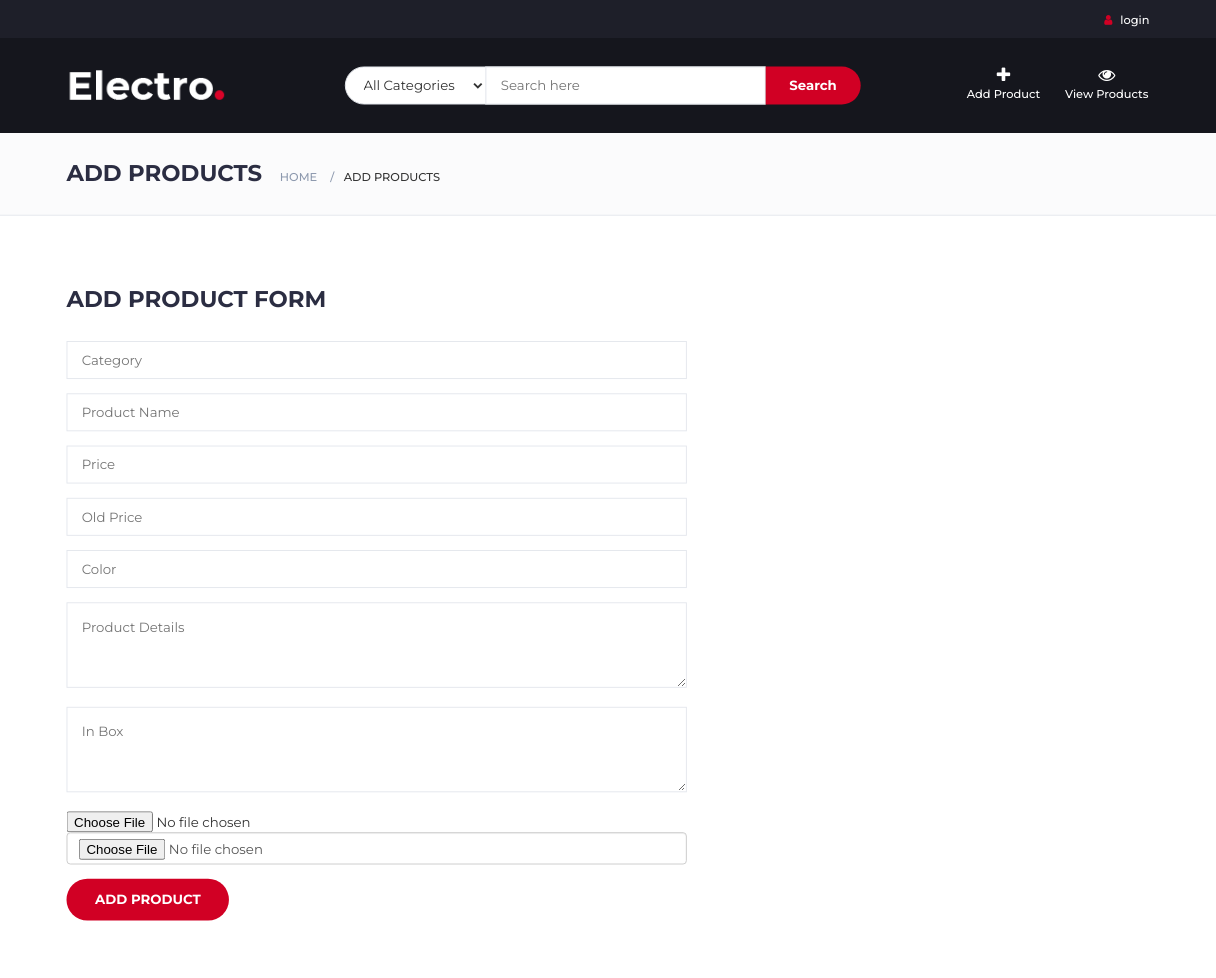
Repository: kinjalsavaliya263/JAVA
Page: http://localhost/electro-master/addproduct.jsp
These files come from the project's save history. The page is drawn as it stood at one moment and after the next save; the edit follows.
The browser window is 1280 px wide. The pictures show the whole page, at 95% of full size.
The page is served by Tomcat 9. The template is opened directly, without the code that normally fills it, so the values that code supplies are empty.

Above is the page before, as saved 2023-04-04 15:56:16.

After the next save:
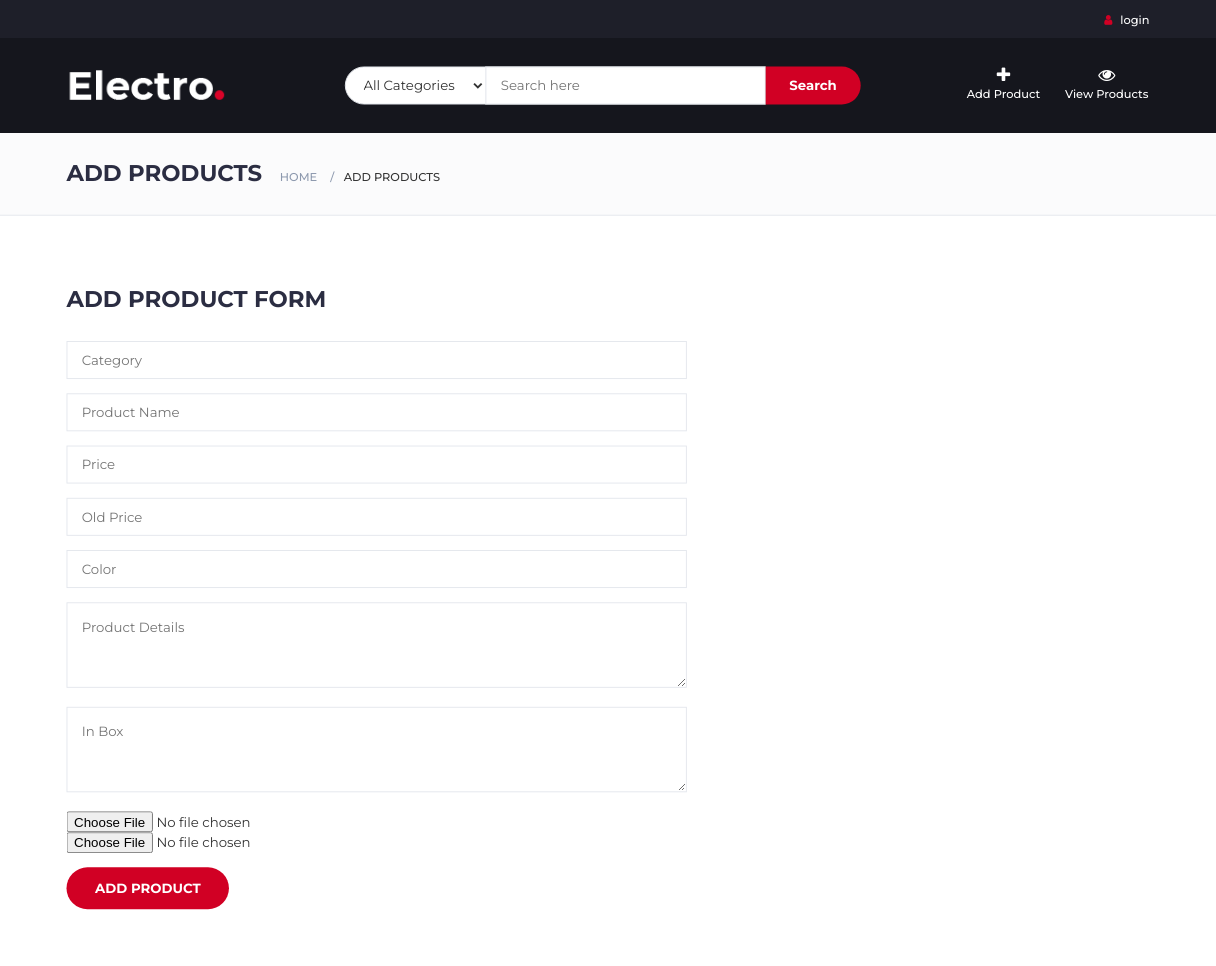
Saved 40 s later.
--- a/electro-master/src/main/webapp/addproduct.jsp
+++ b/electro-master/src/main/webapp/addproduct.jsp
@@ -81,7 +81,7 @@
 							</div>
 							<div class="form-group">
 								<input type="file" name="image" placeholder="images">
-								 <input class="form-control" type="file" id="formFile">
+								 <input class="form-group" type="file" id="formFile">
 							</div>
 
 							<div class="form-group">

After the save that followed:
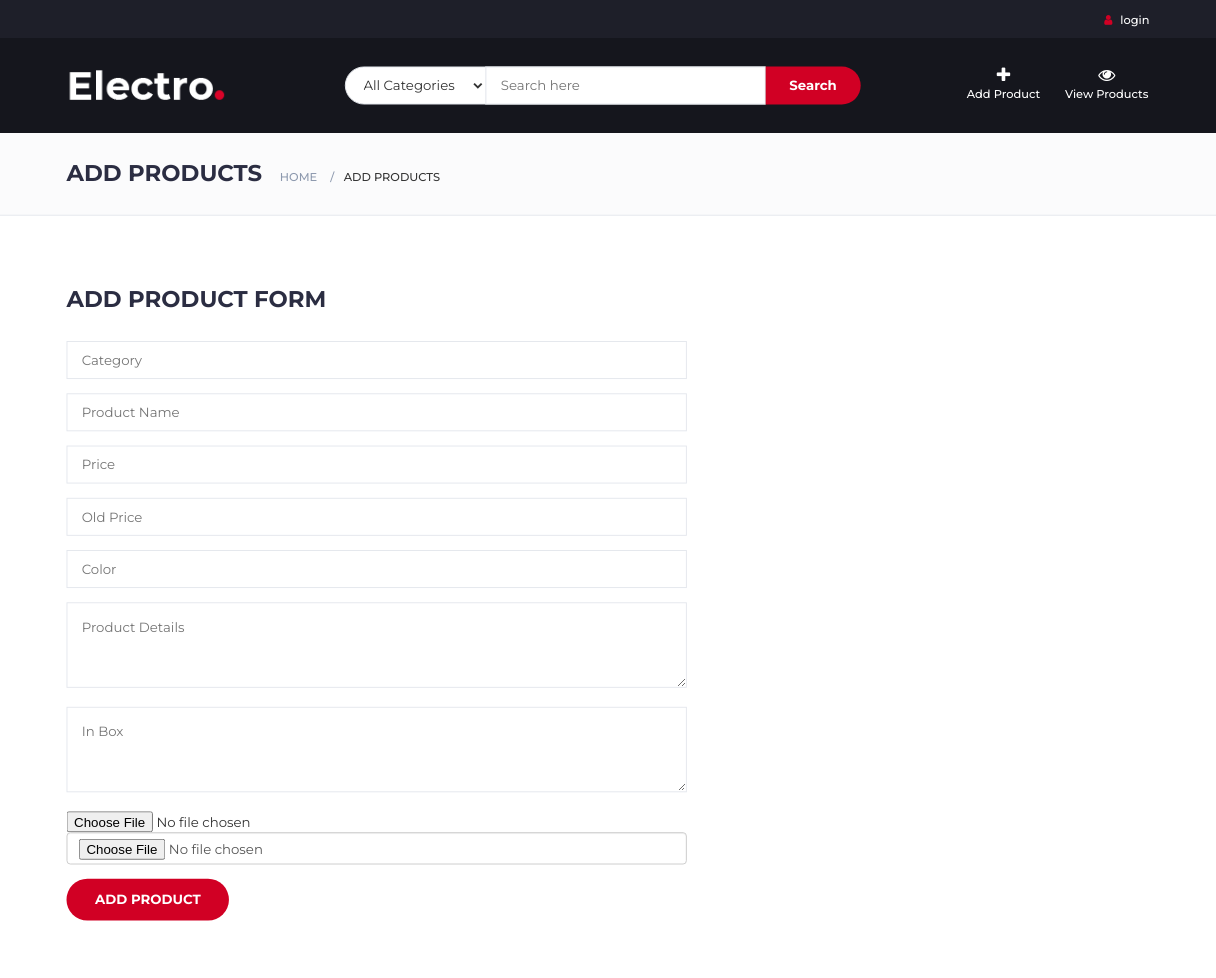
Saved 21 s later.
--- a/electro-master/src/main/webapp/addproduct.jsp
+++ b/electro-master/src/main/webapp/addproduct.jsp
@@ -81,7 +81,7 @@
 							</div>
 							<div class="form-group">
 								<input type="file" name="image" placeholder="images">
-								 <input class="form-group" type="file" id="formFile">
+								 <input class="form-control" type="file" id="formFile">
 							</div>
 
 							<div class="form-group">
